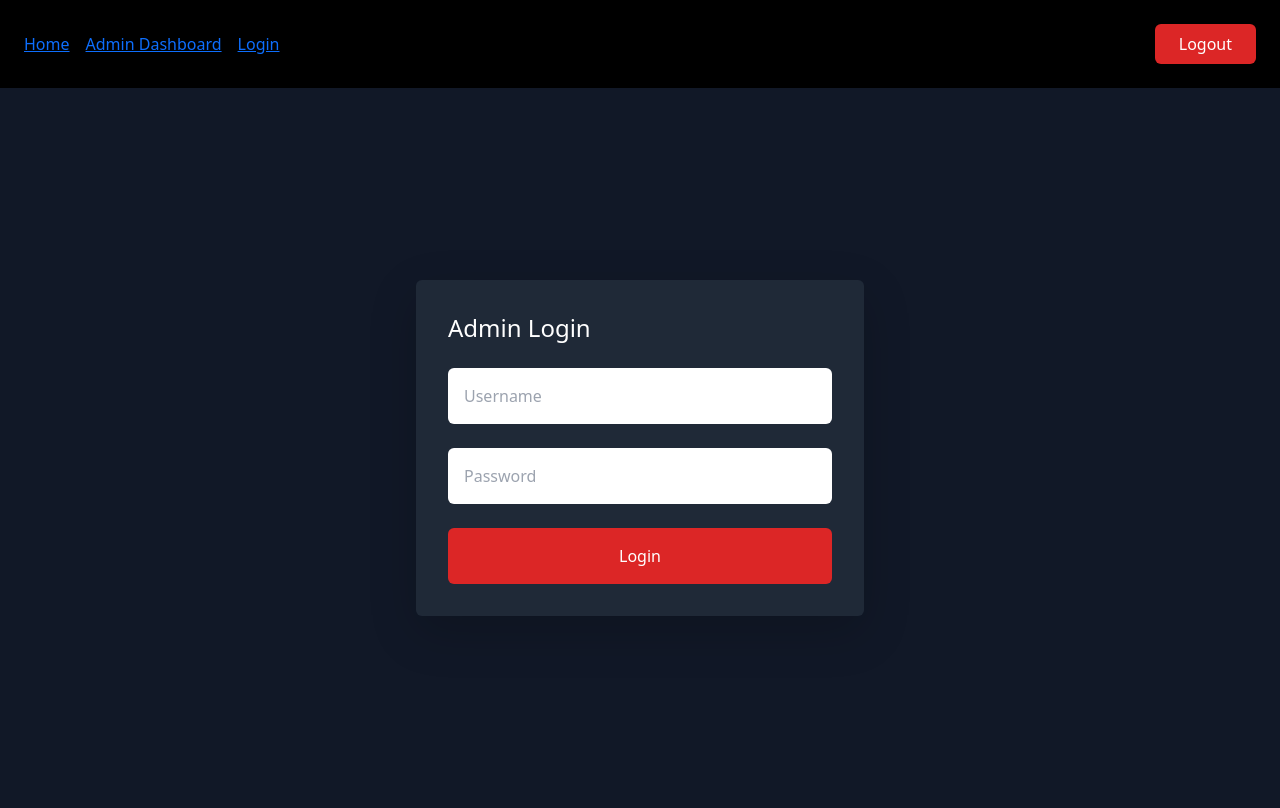
Repository: adithyakiran47/lensverseproject
Page: /admin-dashboard (app in lensverse-client/)
An editor plug-in stored every save of this project. The page is shown before and after the next save, followed by the edit.
The browser window is 1280 px wide. The pictures show the whole page.
The project was rebuilt for these pictures with package versions that can differ from the ones it lists, and the page was loaded fresh each time. Also part of the build but not shown: lensverse-client/src/pages/Home.js, lensverse-client/src/pages/Portfolio.js, lensverse-client/src/pages/Booking.js, lensverse-client/src/pages/About.js. Imported but missing from the stored project, and not drawn on this page: lensverse-client/src/reportWebVitals.

Above is the page before, as saved 2025-11-03 23:32:38.

### lensverse-client/src/index.css
@tailwind base;
@tailwind components;
@tailwind utilities;

/* Optional: custom background and text colors for theme */

### lensverse-client/src/App.js
import React from 'react';
import { BrowserRouter as Router, Routes, Route } from 'react-router-dom';


// Import your page components (create these next)
import Home from './pages/Home';
import Portfolio from './pages/Portfolio';
import Booking from './pages/Booking';
import About from './pages/About';
import AdminLogin from './pages/AdminLogin';
import AdminDashboard from './pages/AdminDashboard';

function App() {
  return (
    <Router>
      <Routes>
        <Route path="/" element={<Home />} />
        <Route path="/portfolio" element={<Portfolio />} />
        <Route path="/booking" element={<Booking />} />
        <Route path="/about" element={<About />} />
        <Route path="/admin-login" element={<AdminLogin />} />
        <Route path="/admin-dashboard" element={<AdminDashboard />} />
      </Routes>
    </Router>
  );
}

export default App;

### lensverse-client/src/pages/AdminLogin.js
// src/pages/AdminLogin.js

import React, { useState } from 'react';
import axios from 'axios';
import { useNavigate } from 'react-router-dom';
import Navbar from '../components/Navbar';

const AdminLogin = () => {
  const [formData, setFormData] = useState({ username: '', password: '' });
  const navigate = useNavigate();

  const handleChange = (e) => {
    setFormData({ ...formData, [e.target.name]: e.target.value });
  };

  const handleSubmit = async (e) => {
    e.preventDefault();
    try {
      const res = await axios.post('http://localhost:5000/api/admin/login', formData);
      localStorage.setItem('adminToken', res.data.token);
      navigate('/admin-dashboard');
    } catch (err) {
      alert('Invalid credentials');
    }
  };

  return (
    <>
      <Navbar />
      <div className="flex items-center justify-center min-h-screen bg-gray-900 text-white">
        <form className="bg-gray-800 p-8 rounded shadow-lg w-full max-w-md" onSubmit={handleSubmit}>
          <h2 className="text-2xl mb-4">Admin Login</h2>
          <input
            className="w-full p-3 mb-4 text-black rounded"
            type="text"
            placeholder="Username"
            name="username"
            required
            onChange={handleChange}
          />
          <input
            className="w-full p-3 mb-4 text-black rounded"
            type="password"
            placeholder="Password"
            name="password"
            required
            onChange={handleChange}
          />
          <button className="w-full bg-red-600 hover:bg-red-700 transition p-3 rounded" type="submit">Login</button>
        </form>
      </div>
    </>
  );
};

export default AdminLogin;

### lensverse-client/src/pages/AdminDashboard.js
// src/pages/AdminDashboard.js

import React, { useEffect, useState } from 'react';
import axios from 'axios';
import { useNavigate } from 'react-router-dom';
import Navbar from '../components/Navbar';

const AdminDashboard = () => {
  const navigate = useNavigate();
  const [bookings, setBookings] = useState([]);

  const fetchBookings = async () => {
    const token = localStorage.getItem('adminToken');
    try {
      const res = await axios.get('http://localhost:5000/api/bookings', {
        headers: { Authorization: `Bearer ${token}` }
      });
      setBookings(res.data);
    } catch (err) {
      alert('Session expired. Please login again.');
      localStorage.removeItem('adminToken');
      navigate('/admin-login');
    }
  };

  useEffect(() => {
    const token = localStorage.getItem('adminToken');
    if (!token) {
      navigate('/admin-login');
    } else {
      fetchBookings();
    }
  }, [navigate]);

  return (
    <>
      <Navbar />
      <div className="p-4 bg-gray-900 text-white min-h-screen">
        <h2 className="text-3xl mb-4">Admin Bookings</h2>
        {/* Add your booking table here, with buttons for update/delete */}
      </div>
    </>
  );
};

export default AdminDashboard;

### lensverse-client/src/components/Navbar.js
// src/components/Navbar.js

import React from 'react';
import { Link, useNavigate } from 'react-router-dom';

const Navbar = () => {
  const navigate = useNavigate();

  const handleLogout = () => {
    localStorage.removeItem('adminToken');
    navigate('/admin-login');
  };

  return (
    <nav className="bg-black p-4 flex justify-between items-center text-white shadow-lg">
      <div className="flex space-x-4">
        <Link className="hover:text-red-500" to="/">Home</Link>
        <Link className="hover:text-red-500" to="/admin-dashboard">Admin Dashboard</Link>
        <Link className="hover:text-red-500" to="/admin-login">Login</Link>
      </div>
      <button onClick={handleLogout} className="bg-red-600 hover:bg-red-700 px-4 py-2 rounded transition">Logout</button>
    </nav>
  );
};

export default Navbar;

Loaded but not shown: lensverse-client/src/index.js (common file); lensverse-client/tailwind.config.js (common file)

After the next save:
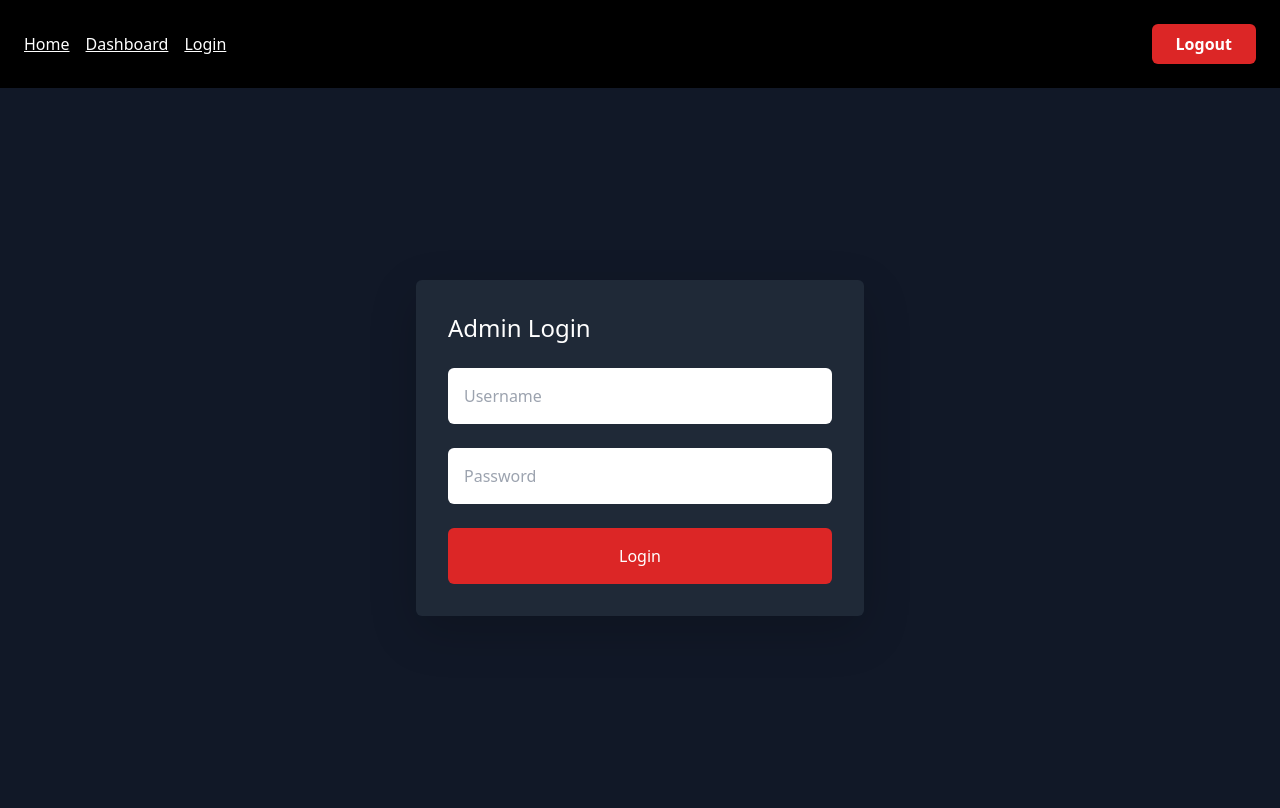
Saved 36 s later.
--- a/lensverse-client/src/components/Navbar.js
+++ b/lensverse-client/src/components/Navbar.js
@@ -1,5 +1,3 @@
-// src/components/Navbar.js
-
 import React from 'react';
 import { Link, useNavigate } from 'react-router-dom';
 
@@ -12,13 +10,18 @@ const Navbar = () => {
   };
 
   return (
-    <nav className="bg-black p-4 flex justify-between items-center text-white shadow-lg">
-      <div className="flex space-x-4">
-        <Link className="hover:text-red-500" to="/">Home</Link>
-        <Link className="hover:text-red-500" to="/admin-dashboard">Admin Dashboard</Link>
-        <Link className="hover:text-red-500" to="/admin-login">Login</Link>
+    <nav className="bg-black p-4 shadow-lg flex flex-col md:flex-row md:justify-between items-center space-y-2 md:space-y-0 transition-all duration-300 hover:shadow-xl">
+      <div className="flex items-center space-x-4">
+        <Link to="/" className="text-white hover:text-red-500 transition duration-300 hover:underline">Home</Link>
+        <Link to="/admin-dashboard" className="text-white hover:text-red-500 transition duration-300 hover:underline">Dashboard</Link>
+        <Link to="/admin-login" className="text-white hover:text-red-500 transition duration-300 hover:underline">Login</Link>
       </div>
-      <button onClick={handleLogout} className="bg-red-600 hover:bg-red-700 px-4 py-2 rounded transition">Logout</button>
+      <button
+        onClick={handleLogout}
+        className="bg-red-600 hover:bg-red-700 px-4 py-2 rounded transition duration-300 text-white font-semibold"
+      >
+        Logout
+      </button>
     </nav>
   );
 };
